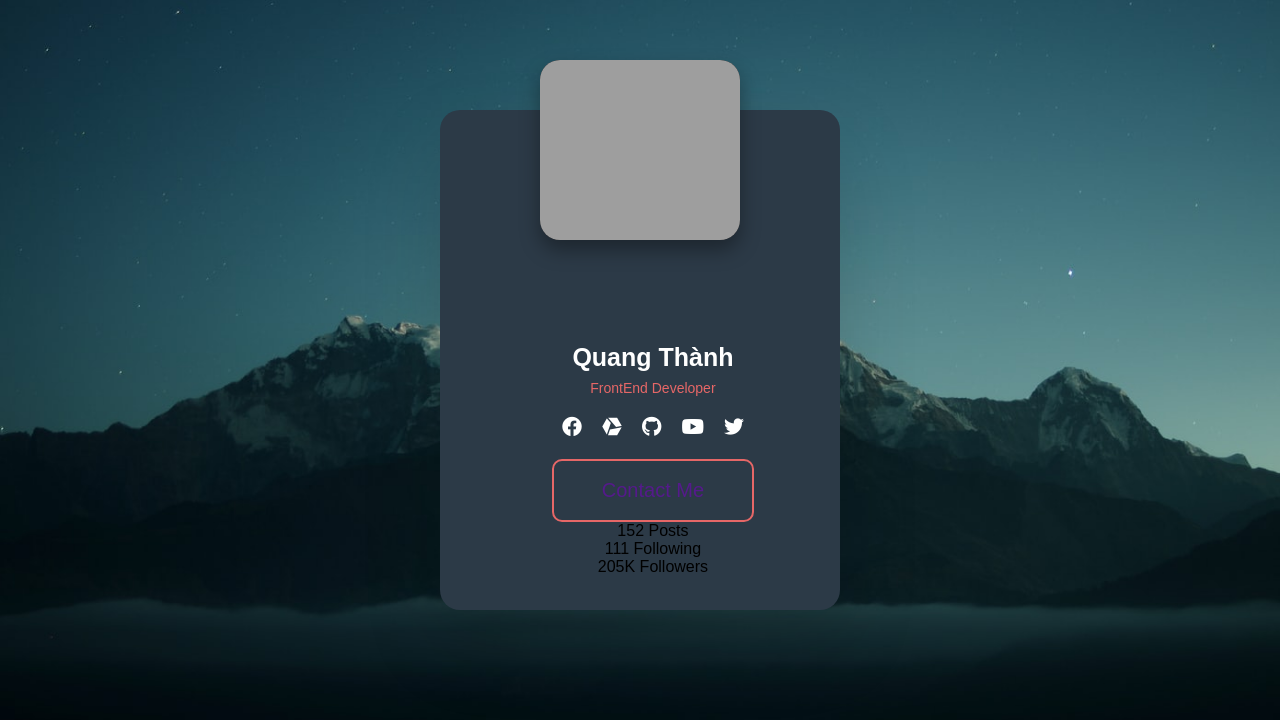
Repository: QuangThanh152/Profile-me
Page: index.html
An editor plug-in stored every save of this project. The page is shown before and after the next save, followed by the edit.
The browser window is 1280 px wide. The pictures show the whole page.
Pictures or frames that could not be fetched are drawn as grey boxes.

Above is the page before, as saved 2022-10-07 15:42:25.

After the next save:
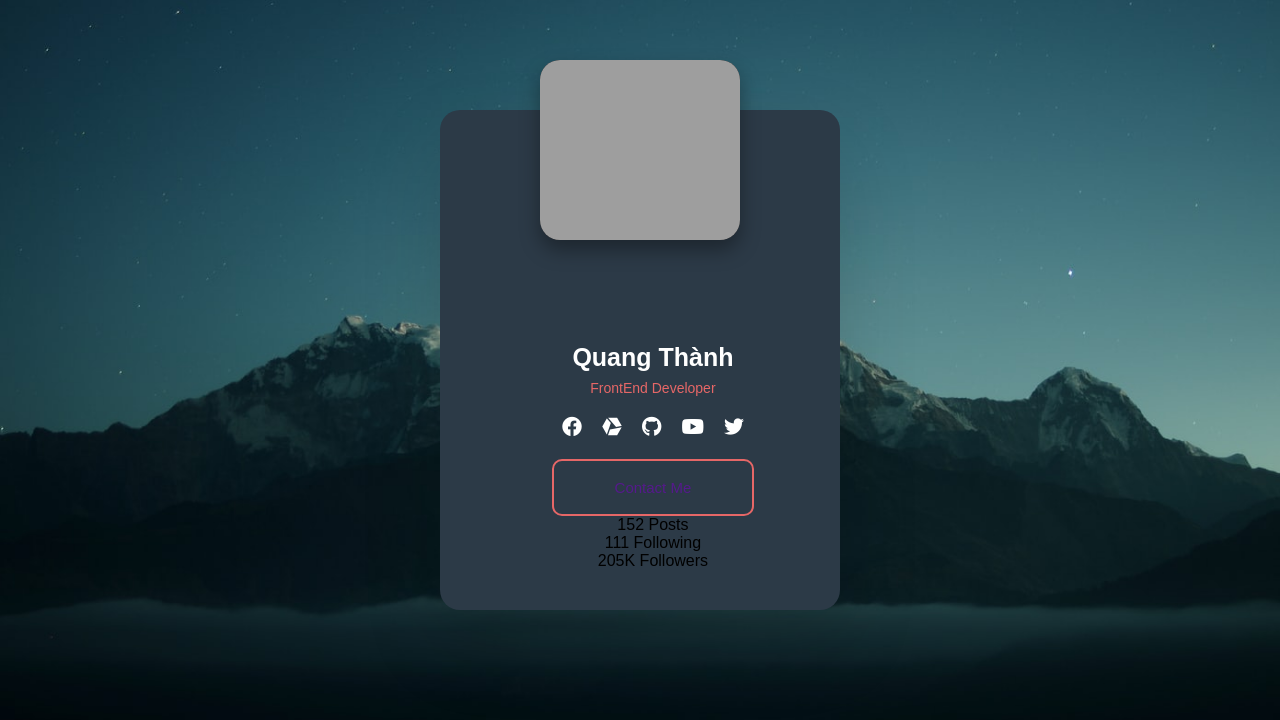
Saved 13 s later.
--- a/accets/main.css
+++ b/accets/main.css
@@ -88,7 +88,7 @@ body {
 
 .btn-contact {
     display: block;
-    font-size: 20px;
+    font-size: 15px;
     padding: 18px 0;
     border: 2px solid #e66767;
     border-radius: 10px;
